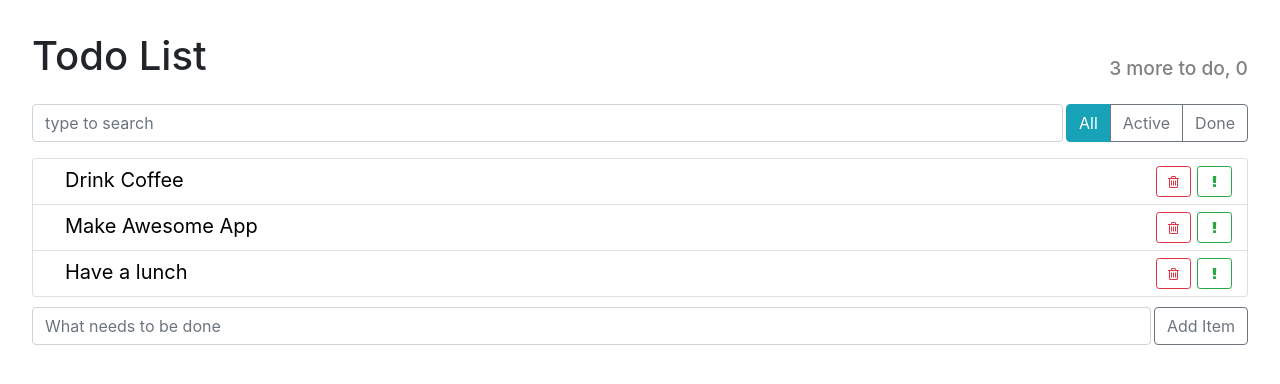
Repository: max535/react-todo-list
Page: /
These files come from the project's save history. The page is drawn as it stood at one moment and after the next save; the edit follows.
The browser window is 1280 px wide. The pictures show the whole page.
The project was rebuilt for these pictures with package versions that can differ from the ones it lists, and the page was loaded fresh each time.

Above is the page before, as saved 2022-01-17 02:14:04.

### public/index.html
<!DOCTYPE html>
<html>
  <head>
    <meta charset="utf-8" />
    <meta
        name="viewport"
        content="width=device-width, initial-scale=1">
    <link rel="stylesheet"
          href="https://stackpath.bootstrapcdn.com/font-awesome/4.7.0/css/font-awesome.min.css">
    <link rel="stylesheet"
          href="https://stackpath.bootstrapcdn.com/bootstrap/4.1.3/css/bootstrap.min.css">
    <title>Todo App</title>
  </head>
  <body>
      <div id="root"></div>
  </body>
</html>

### src/index.js
import React from 'react';
import ReactDOM from 'react-dom';

import { App } from './components/App';

ReactDOM.render(<App />, document.getElementById('root'));

### src/components/App/index.jsx
import React from 'react';

import { AppHeader } from '../AppHeader';
import { SearchPanel } from '../SearchPanel';
import { TodoList } from '../TodoList';
import { ItemStatusFilter } from '../ItemStatusFilter/index.jsx';
import { ItemAddForm } from '../ItemAddForm';

import './App.css';

export class App extends React.Component {
    maxId = 100;

    state = {
        todoData: [
            this.createTodoItem('Drink Coffee'),
            this.createTodoItem('Make Awesome App'),
            this.createTodoItem('Have a lunch'),
        ],
    };

    createTodoItem(label) {
        return {
            label,
            important: false,
            done: false,
            id: this.maxId++,
        }
    }

    deleteItem = (id) => {
        this.setState(({todoData}) => {
            const idx = todoData.findIndex((el) => el.id === id);

            const newArray = [
                ...todoData.slice(0, idx),
                ...todoData.slice(idx + 1),
            ];

            return {
                todoData: newArray,
            };
        });
    };

    addItem = (text) => {
        const newItem = this.createTodoItem(text);

        this.setState(({todoData}) => {
            const newArr = [
                ...todoData,
                newItem,
            ];

            return {
                todoData: newArr,
            };
        });
    };

    toggleProperty(arr, id, propName) {
        const idx = arr.findIndex((el) => el.id === id);

        const oldItem = arr[idx];
        const newItem = {...oldItem, [propName]: !oldItem[propName]};

        return [
            ...arr.slice(0, idx),
            newItem,
            ...arr.slice(idx + 1),
        ];
    }

    onToggleDone = (id) => {
        this.setState(({todoData}) => {
            return {
                todoData: this.toggleProperty(todoData, id, 'done'),
            };
        });
    };

    onToggleImportant = (id) => {
        this.setState(({todoData}) => {
            return {
                todoData: this.toggleProperty(todoData, id, 'important'),
            };
        });
    };

    render() {
        const {todoData} = this.state;
        const doneCount = todoData.filter((el) => el.done).length;
        const todoCount = todoData.length - doneCount;

        return (
            <div className="todo-app">
                <AppHeader toDo={todoCount} done={doneCount} />
                <div className="top-panel d-flex">
                    <SearchPanel />
                    <ItemStatusFilter />
                </div>

                <TodoList
                    todos={todoData}
                    onDeleted={this.deleteItem}
                    onToggleImportant={this.onToggleImportant}
                    onToggleDone={this.onToggleDone}
                />

                <ItemAddForm onItemAdded={this.addItem} />
            </div>
        );
    }
}

### src/components/AppHeader.jsx
import React from 'react';

import './AppHeader.css';

export const AppHeader = ({toDo, done}) => {
    return (
        <div className="app-header d-flex">
            <h1>Todo List</h1>
            <h2>{toDo} more to do, {done}</h2>
        </div>
    );
};

### src/components/SearchPanel.jsx
import React from 'react';

import './SearchPanel.css';

export const SearchPanel = () => {
    return (
        <input
            type="text"
            className="form-control search-input"
            placeholder="type to search"
        />
    );
}

### src/components/TodoList.jsx
import React from 'react';

import { TodoListItem } from './TodoListItem';

import './TodoList.css';

export const TodoList = ({todos}) => {

    const elements = todos.map((item) => {
        const {id, ...itemProps} = item;

        return (
            <li key={id} className="list-group-item">
                <TodoListItem {...itemProps} />
            </li>
        );
    });

    return (
        <ul className="list-group todo-list">
            {elements}
        </ul>
    );
};

### src/components/ItemStatusFilter/index.jsx
import React from 'react';

import './ItemStatusFilter.css';

export class ItemStatusFilter extends React.Component {

    render() {
        return (
            <div className="btn-group">
                <button type="button"
                        className="btn btn-info">All</button>
                <button type="button"
                        className="btn btn-outline-secondary">Active</button>
                <button type="button"
                        className="btn btn-outline-secondary">Done</button>
            </div>
        );
    }
}

// export const ItemStatusFilter = () => {
//     return (
//         <div className="btn-group">
//             <button type="button"
//                     className="btn btn-info">All</button>
//             <button type="button"
//                     className="btn btn-outline-secondary">Active</button>
//             <button type="button"
//                     className="btn btn-outline-secondary">Done</button>
//         </div>
//     );
// };

### src/components/ItemAddForm/index.jsx
import React from 'react';

import './ItemAddForm.css';

export class ItemAddForm extends React.Component {
    state = {
        label: '',
    };

    onLabelChange = (e) => {
        this.setState({
            label: e.target.value,
        });

    };

    onSubmit = (e) => {
        this.props.onItemAdded(this.state.label);
        e.preventDefault();
        this.setState({
            label: '',
        });
    };

    render() {
        return (
            <form
                className="item-add-form d-flex"
                onSubmit={this.onSubmit}
            >
                <input
                    type="text"
                    className="form-control"
                    onChange={this.onLabelChange}
                    placeholder="What needs to be done"
                    value={this.state.label}
                />
                <button className="btn btn-outline-secondary">Add Item</button>
            </form>
        );
    }
};

### src/components/App/App.css
.todo-app {
    margin: 2rem;

}

.top-panel {
    margin: 1rem 0;
}

### src/components/SearchPanel.css
.search-input {
    width: auto;
    flex-grow: 1;
    margin-right: 3px;
}

### src/components/TodoListItem.jsx
import React from 'react';

import './TodoListItem.css';

export const TodoListItem = ({label, important = false}) => {

    const style = {
        color: important ? 'tomato' : 'black',
        fontWeight: important ? 'bold' : 'normal'
    };

    return (
        <span className="todo-list-item">
            <span
                className="todo-list-item-label"
                style={style}
            >
                {label}
            </span>

            <button
                type="button"
                className="btn btn-outline-success btn-sm float-right"
            >
                <i className="fa fa-exclamation" />
            </button>

            <button
                type="button"
                className="btn btn-outline-danger btn-sm float-right"
            >
                <i className="fa fa-trash-o" />
            </button>
        </span>
    );
};

### src/components/ItemAddForm/ItemAddForm.css
.item-add-form {
    margin-top: 10px;
}

.item-add-form input {
    margin-right: 3px;
}

Loaded but not shown: src/components/AppHeader.css (common file); src/components/TodoList.css (common file); src/components/TodoListItem.css (common file); src/components/ItemStatusFilter/ItemStatusFilter.css (no stored copy; drawn as an empty file)

After the next save:
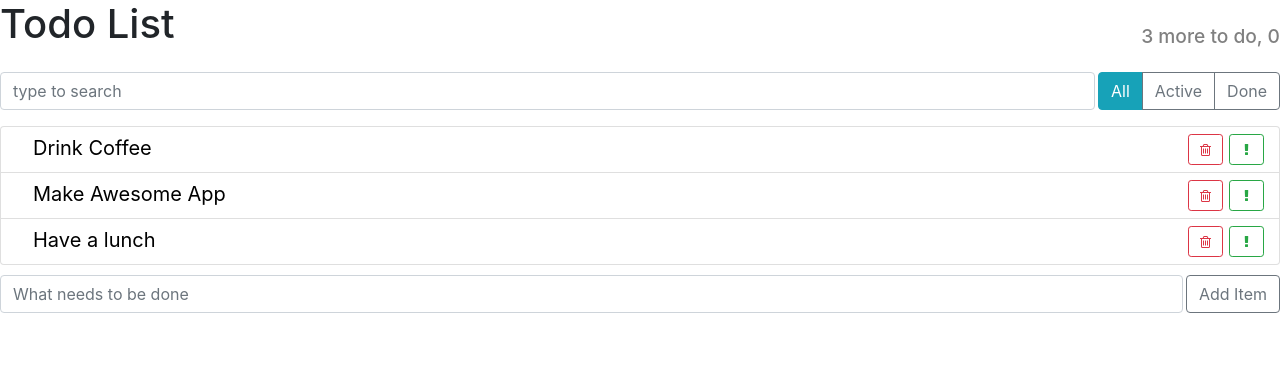
Saved 17 s later.
--- a/src/components/App/App.css
+++ b/src/components/App/App.css
@@ -1,5 +1,5 @@
 .todo-app {
-    margin: 2rem;
+    /* margin: 2rem; */
 
 }
 
